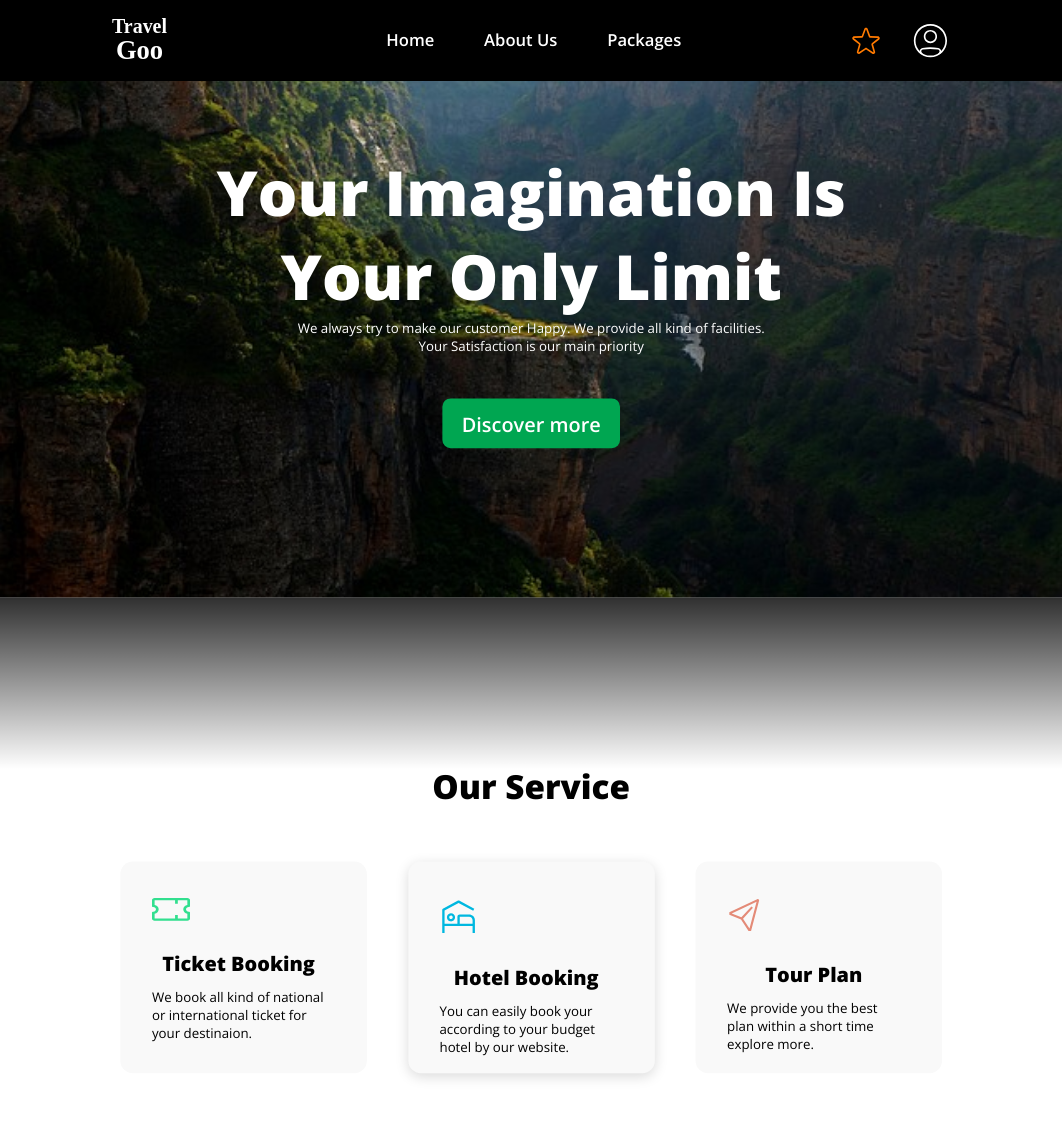
Repository: simralgasimov/back-project
Page: index.html
These files come from the project's save history. The page is drawn as it stood at one moment and after the next save; the edit follows.
The browser window is 1280 px wide. The pictures show the whole page, at 83% of full size.
Some web fonts or font styles are not loaded; a fallback is used.

Above is the page before, as saved 2023-09-27 14:03:17.

### index.html
<!DOCTYPE html>
<html lang="en">
  <head>
    <meta charset="UTF-8" />
    <meta name="viewport" content="width=device-width, initial-scale=1.0" />
    <title>Document</title>
    <link rel="stylesheet" href="./index.css" />
  </head>
  <body>
    <div class="container">
      <div class="container-1">
        <div class="navbar">
          <a href="#">
            <p class="logo">
              Travel
              <span> Goo </span>
            </p>
          </a>

          <div class="menu">
            <ul>
              <li>Home</li>
              <li>About Us</li>
              <li>Packages</li>
            </ul>
          </div>
          <div class="icon">
            <img src="./clarity_favorite-line.svg" alt="" />
            <img src="./healthicons_ui-user-profile-outline.svg" alt="" />
          </div>
        </div>
        <main>
          <h1>Your Imagination Is Your Only Limit</h1>
          <p>
            We always try to make our customer Happy. We provide all kind of
            facilities. Your Satisfaction is our main priority
          </p>
          <button>
            <a href="#">Discover more</a>
          </button>
        </main>
      </div>
      <div class="container-2">
        <h2>Our Service</h2>
        <div class="services">
          <div class="ticket list">
            <img src="./Vector.svg" alt="" />
            <h1>Ticket Booking</h1>
            <p>
              We book all kind of national or international ticket for your
              destinaion.
            </p>
          </div>
          <div class="hotel list">
            <img src="./carbon_hotel.svg" alt="" />
            <h1>Hotel Booking</h1>
            <p>
              You can easily book your according to your budget hotel by our
              website.
            </p>
          </div>
          <div class="tour list">
            <img src="./cil_paper-plane.svg" alt="" />
            <h1>Tour Plan</h1>
            <p>
              We provide you the best plan within a short time explore more.
            </p>
          </div>
        </div>
      </div>
    </div>
  </body>
</html>

### index.css
@import url("https://fonts.googleapis.com/css2?family=Laila:wght@400;600;700&family=Open+Sans:wght@400;600;800&display=swap");
* {
  padding: 0;
  margin: 0;
  box-sizing: border-box;
}

.container {
  min-height: 100vh;
  width: 100%;
}
a {
  text-decoration: none;
}
.container .navbar {
  width: 100%;
  padding: 20px 135px;
  display: flex;
  justify-content: space-between;
  align-items: center;
  position: fixed;
  top: 0;
  background-color: black;
}
.container-1 {
  min-height: 100vh;
  display: flex;
  flex-direction: column;
  align-items: center;
  justify-content: center;
  background-image: url("./canyon-1740973_640.jpg");
  background-repeat: no-repeat;
  background-size: 100% 100%;
}
.container .navbar .logo {
  color: #fff;
  text-align: center;
  font-family: Laila;
  font-size: 24px;
  font-style: normal;
  font-weight: 700;
  line-height: 102.5%;
}
.container .navbar .logo span {
  display: block;
  color: #fff;
  font-family: Laila;
  font-size: 32px;
  font-style: normal;
  font-weight: 700;
  line-height: 102.5%;
}

.container .navbar .menu ul {
  list-style-type: none;
  display: flex;
}

.container .navbar .menu ul li {
  color: #fff;
  font-family: Open Sans;
  font-size: 20px;
  font-style: normal;
  font-weight: 600;
  line-height: normal;
  justify-content: space-between;
  margin-left: 60px;
}

.container .navbar .icon {
  display: flex;
  justify-content: space-between;
  align-items: center;
}

.container .navbar .icon img:first-child {
  margin-right: 36px;
  width: 36px;
  height: 36px;
}
.container .navbar .icon img:last-child {
  width: 48px;
  height: 48px;
}

.container .box {
  display: flex;
  justify-content: center;
  text-align: center;
}
.container .container-1 h1 {
  width: 779px;
  color: #fff;
  text-align: center;
  font-family: Open Sans;
  font-size: 75px;
  font-style: normal;
  font-weight: 800;
  line-height: normal;
}

.container .text-box {
  margin-top: 57px;
  display: flex;
  justify-content: center;
  text-align: center;
}
.container .container-1 main p {
  width: 568px;
  color: #fff;
  text-align: center;
  font-family: Open Sans;
  font-size: 16px;
  font-style: normal;
  font-weight: 400;
  line-height: normal;
}

.container .container-1 button {
  border: none;
  width: 214px;
  height: 60px;
  border-radius: 10px;
  background: #00a651;
  display: flex;
  justify-content: center;
  align-items: center;
  margin-top: 52px;
}

.container button a {
  text-decoration: none;
  color: #fff;
  text-align: center;
  font-family: Open Sans;
  font-size: 24px;
  font-style: normal;
  font-weight: 600;
  line-height: normal;
}

.container-2 {
  padding: 200px 145px 88px 145px;
  background: linear-gradient(
    180deg,
    rgba(0, 0, 0, 0.81) 0%,
    rgba(72, 72, 72, 0) 31.25%,
    rgba(158, 158, 158, 0) 77.6%,
    #fff 85.42%
  );
}

.container-2 h2 {
  margin-bottom: 63px;
  color: #000;
  text-align: center;
  font-family: Open Sans;
  font-size: 40px;
  font-style: normal;
  font-weight: 700;
  line-height: normal;
}

.container-2 .services {
  display: flex;
  justify-content: space-between;
}

.container-2 .services .list {
  width: 30%;
  padding: 44px 50px 20px 38px;
  border-radius: 15px;
  background: #f9f9f9;
}

.container-2 .services .list h1 {
  margin-top: 30px;
  margin-bottom: 13px;
  color: #000;
  text-align: center;
  font-family: Open Sans;
  font-size: 24px;
  font-style: normal;
  font-weight: 700;
  line-height: normal;
}

.container-2 .services .list p {
  color: #000;
  font-family: Open Sans;
  font-size: 16px;
  font-style: normal;
  font-weight: 400;
  line-height: normal;
}

.container-2 .services .hotel {
  box-shadow: 0px 4px 16px 0px rgba(0, 0, 0, 0.15);
}

.container .container-1 main {
  display: flex;
  flex-direction: column;
  align-items: center;
}

After the next save:
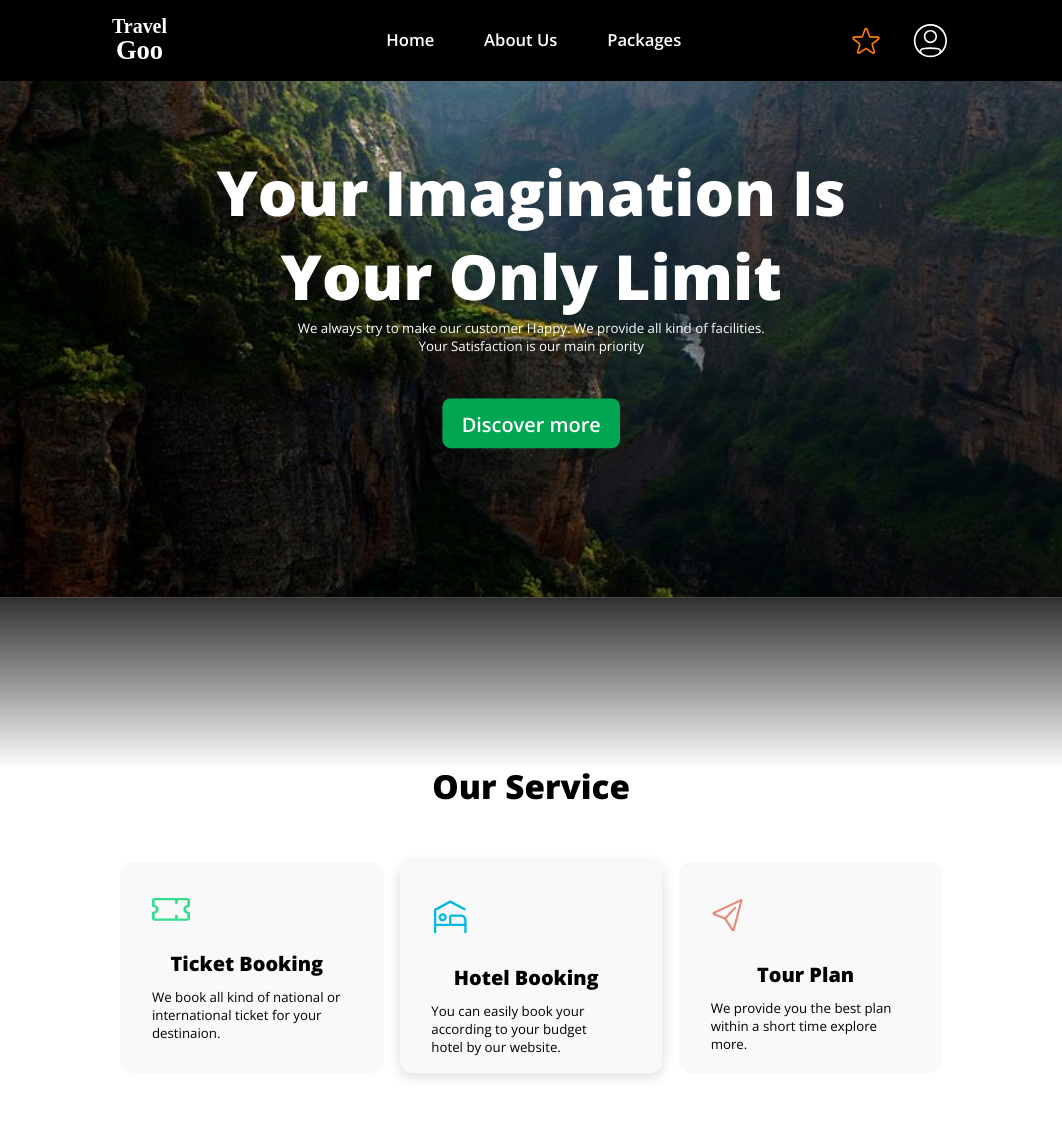
Saved 15 s later.
--- a/index.css
+++ b/index.css
@@ -167,7 +167,7 @@ a {
 }
 
 .container-2 .services .list {
-  width: 30%;
+  width: 32%;
   padding: 44px 50px 20px 38px;
   border-radius: 15px;
   background: #f9f9f9;
